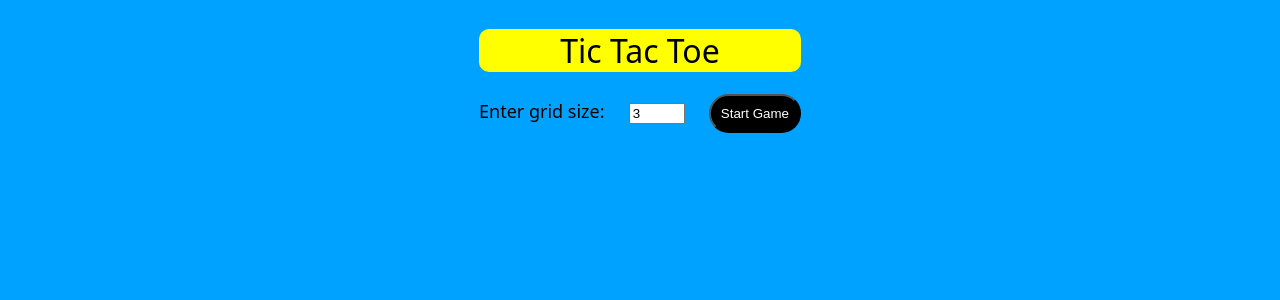
Repository: Shamraiz761/tik_tak_toe_game
Page: index.html
An editor plug-in stored every save of this project. The page is shown before and after the next save, followed by the edit.
The browser window is 1280 px wide. The pictures show the whole page.

Above is the page before, as saved 2024-01-09 11:55:06.

After the next save:
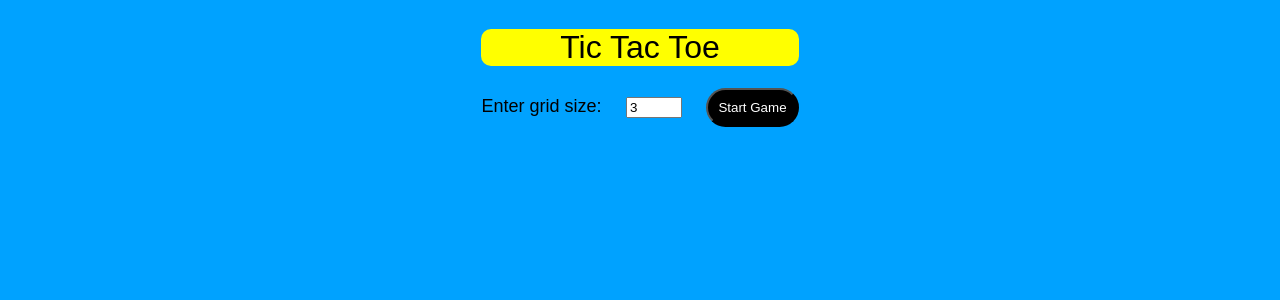
Saved 4 s later.
--- a/styles.css
+++ b/styles.css
@@ -2,7 +2,7 @@ body{
     display: flex;
     justify-content: center;
     align-items: center;
-   font-family: sans;
+   font-family: Arial, Helvetica, sans-serif;
     background-color: rgb(0, 162, 255);
 }
 .header{
